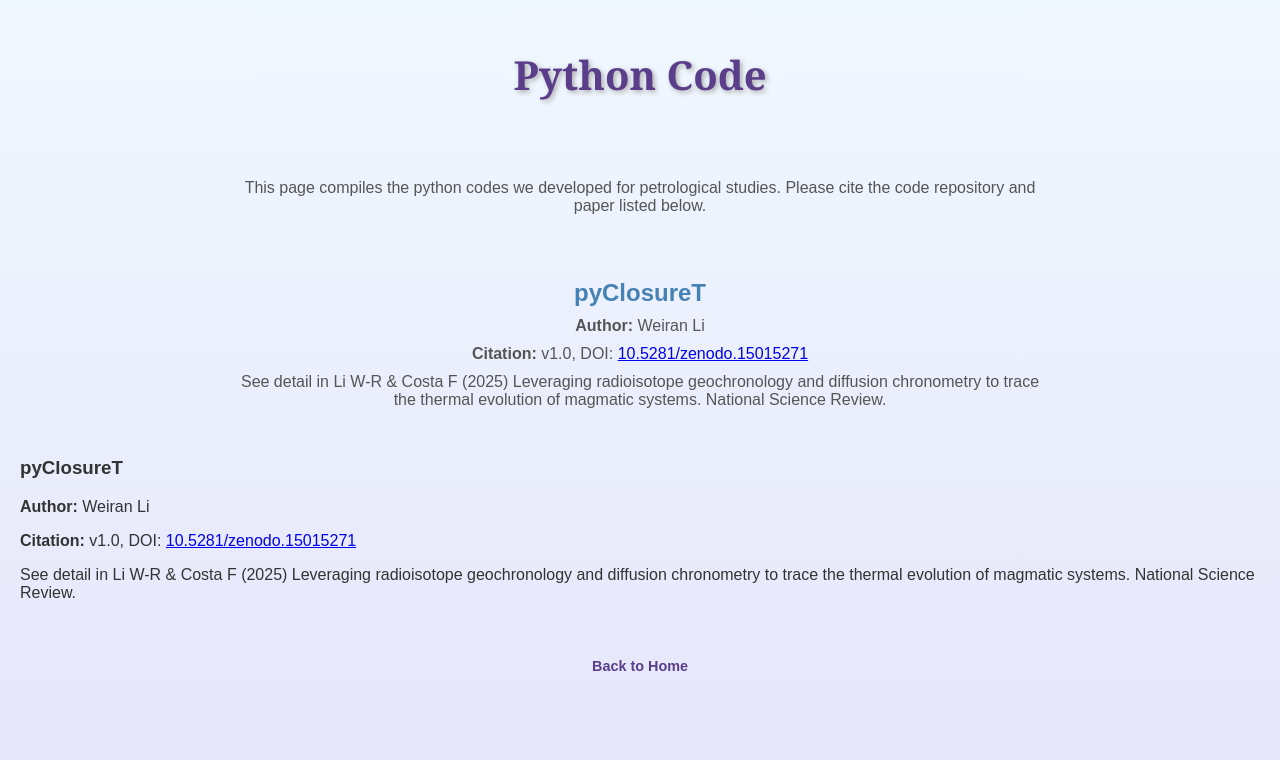
Repository: Abyss2019/home_page
Page: python-code/index.html
The author's editor kept a copy of each file at every save. The page is drawn from the files as they stood at one save, then again after the next save.
The browser window is 1280 px wide. The pictures show the whole page.

Above is the page before, as saved 2025-04-06 10:10:41.

After the next save:
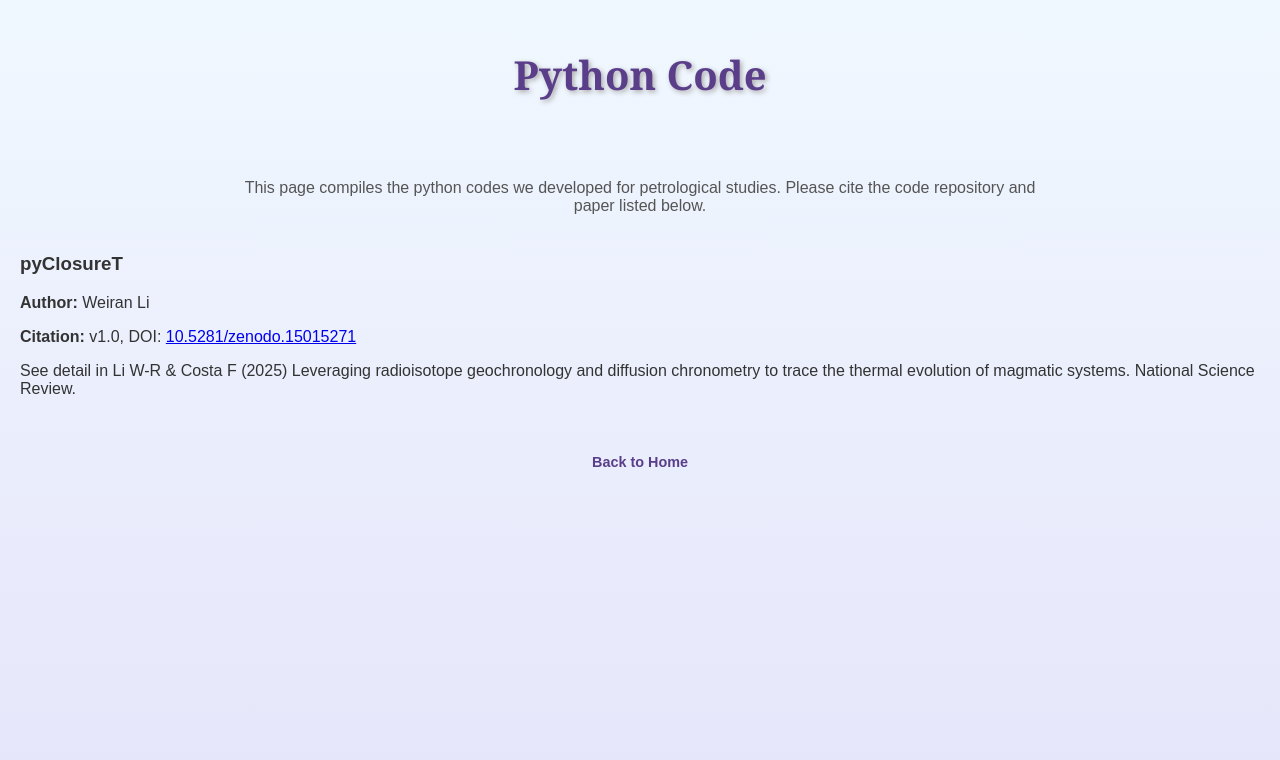
Saved 63 s later.
--- a/python-code/index.html
+++ b/python-code/index.html
@@ -82,12 +82,6 @@
     This page compiles the python codes we developed for petrological studies. Please cite the code repository and paper listed below.
   </div>
 
-  <div class="content">
-    <h3>pyClosureT</h3>
-    <p><strong>Author:</strong> Weiran Li</p>
-    <p><strong>Citation:</strong> v1.0, DOI: <a href="https://doi.org/10.5281/zenodo.15015271" target="_blank">10.5281/zenodo.15015271</a></p>
-    <p>See detail in Li W-R &amp; Costa F (2025) Leveraging radioisotope geochronology and diffusion chronometry to trace the thermal evolution of magmatic systems. National Science Review.</p>
-  </div>
 
   <div class="citation-container">
   <div class="citation-card">
